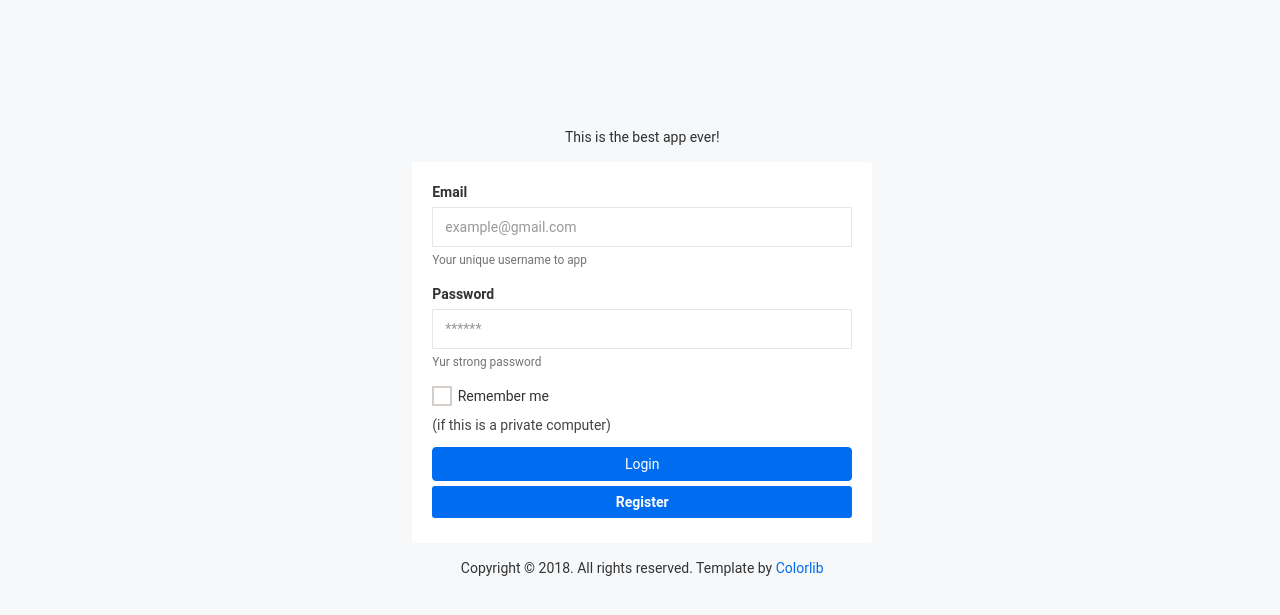
Repository: walterjnr1/crowdfunding-system
Page: http://localhost/Admin/login.php
An editor plug-in stored every save of this project. The page is shown before and after the next save, followed by the edit.
The browser window is 1280 px wide. The pictures show the whole page.
Some web fonts or font styles are not loaded; a fallback is used. The page is run by PHP 8.4 with error messages shown; the project is at /var/www/html/. Other server files are loaded and not shown.

Above is the page before, as saved 2025-02-20 12:02:46.

### Admin/login.php
<!doctype html>
<html class="no-js" lang="en">

<head>
    <meta charset="utf-8">
    <meta http-equiv="x-ua-compatible" content="ie=edge">
    <title>Login</title>
    <meta name="description" content="">
    <meta name="viewport" content="width=device-width, initial-scale=1">
    <!-- favicon
		============================================ -->
    <link rel="icon" type="image/png" sizes="16x16" href="../uploadImage/Logo/logo.png">
    <!-- Google Fonts
		============================================ -->
    <link href="https://fonts.googleapis.com/css?family=Play:400,700" rel="stylesheet">
    <!-- Bootstrap CSS
		============================================ -->
    <link rel="stylesheet" href="css/bootstrap.min.css">
    <!-- Bootstrap CSS
		============================================ -->
    <link rel="stylesheet" href="css/font-awesome.min.css">
    <!-- owl.carousel CSS
		============================================ -->
    <link rel="stylesheet" href="css/owl.carousel.css">
    <link rel="stylesheet" href="css/owl.theme.css">
    <link rel="stylesheet" href="css/owl.transitions.css">
    <!-- animate CSS
		============================================ -->
    <link rel="stylesheet" href="css/animate.css">
    <!-- normalize CSS
		============================================ -->
    <link rel="stylesheet" href="css/normalize.css">
    <!-- main CSS
		============================================ -->
    <link rel="stylesheet" href="css/main.css">
    <!-- morrisjs CSS
		============================================ -->
    <link rel="stylesheet" href="css/morrisjs/morris.css">
    <!-- mCustomScrollbar CSS
		============================================ -->
    <link rel="stylesheet" href="css/scrollbar/jquery.mCustomScrollbar.min.css">
    <!-- metisMenu CSS
		============================================ -->
    <link rel="stylesheet" href="css/metisMenu/metisMenu.min.css">
    <link rel="stylesheet" href="css/metisMenu/metisMenu-vertical.css">
    <!-- calendar CSS
		============================================ -->
    <link rel="stylesheet" href="css/calendar/fullcalendar.min.css">
    <link rel="stylesheet" href="css/calendar/fullcalendar.print.min.css">
    <!-- forms CSS
		============================================ -->
    <link rel="stylesheet" href="css/form/all-type-forms.css">
    <!-- style CSS
		============================================ -->
    <link rel="stylesheet" href="style.css">
    <!-- responsive CSS
		============================================ -->
    <link rel="stylesheet" href="css/responsive.css">
    <!-- modernizr JS
		============================================ -->
    <script src="js/vendor/modernizr-2.8.3.min.js"></script>
</head>

<body>
    <!--[if lt IE 8]>
		<p class="browserupgrade">You are using an <strong>outdated</strong> browser. Please <a href="http://browsehappy.com/">upgrade your browser</a> to improve your experience.</p>
	<![endif]-->
	<div class="error-pagewrap">
		<div class="error-page-int">
			<div class="text-center m-b-md custom-login">
				<p>This is the best app ever!</p>
			</div>
			<div class="content-error">
				<div class="hpanel">
                    <div class="panel-body">
                        <form action="#" id="loginForm">
                            <div class="form-group">
                                <label class="control-label" for="username">Email</label>
                                <input type="text" placeholder="example@gmail.com" title="Please enter you username" required="" value="" name="username" id="username" class="form-control">
                                <span class="help-block small">Your unique username to app</span>
                            </div>
                            <div class="form-group">
                                <label class="control-label" for="password">Password</label>
                                <input type="password" title="Please enter your password" placeholder="******" required="" value="" name="password" id="password" class="form-control">
                                <span class="help-block small">Yur strong password</span>
                            </div>
                            <div class="checkbox login-checkbox">
                                <label>
										<input type="checkbox" class="i-checks"> Remember me </label>
                                <p class="help-block small">(if this is a private computer)</p>
                            </div>
                            <button class="btn btn-success btn-block loginbtn">Login</button>
                            <a class="btn btn-default btn-block" href="#">Register</a>
                        </form>
                    </div>
                </div>
			</div>
			<div class="text-center login-footer">
				<p>Copyright © 2018. All rights reserved. Template by <a href="https://colorlib.com/wp/templates/">Colorlib</a></p>
			</div>
		</div>
    </div>
    <!-- jquery
		============================================ -->
    <script src="js/vendor/jquery-1.12.4.min.js"></script>
    <!-- bootstrap JS
		============================================ -->
    <script src="js/bootstrap.min.js"></script>
    <!-- wow JS
		============================================ -->
    <script src="js/wow.min.js"></script>
    <!-- price-slider JS
		============================================ -->
    <script src="js/jquery-price-slider.js"></script>
    <!-- meanmenu JS
		============================================ -->
    <script src="js/jquery.meanmenu.js"></script>
    <!-- owl.carousel JS
		============================================ -->
    <script src="js/owl.carousel.min.js"></script>
    <!-- sticky JS
		============================================ -->
    <script src="js/jquery.sticky.js"></script>
    <!-- scrollUp JS
		============================================ -->
    <script src="js/jquery.scrollUp.min.js"></script>
    <!-- mCustomScrollbar JS
		============================================ -->
    <script src="js/scrollbar/jquery.mCustomScrollbar.concat.min.js"></script>
    <script src="js/scrollbar/mCustomScrollbar-active.js"></script>
    <!-- metisMenu JS
		============================================ -->
    <script src="js/metisMenu/metisMenu.min.js"></script>
    <script src="js/metisMenu/metisMenu-active.js"></script>
    <!-- tab JS
		============================================ -->
    <script src="js/tab.js"></script>
    <!-- icheck JS
		============================================ -->
    <script src="js/icheck/icheck.min.js"></script>
    <script src="js/icheck/icheck-active.js"></script>
    <!-- plugins JS
		============================================ -->
    <script src="js/plugins.js"></script>
    <!-- main JS
		============================================ -->
    <script src="js/main.js"></script>
    <!-- tawk chat JS
		============================================ -->
    <script src="js/tawk-chat.js"></script>
</body>

</html>

### Admin/css/main.css
/*! HTML5 Boilerplate v5.2.0 | MIT License | https://html5boilerplate.com/ */

/*
 * What follows is the result of much research on cross-browser styling.
 * Credit left inline and big thanks to Nicolas Gallagher, Jonathan Neal,
 * Kroc Camen, and the H5BP dev community and team.
 */

/* ==========================================================================
   Base styles: opinionated defaults
   ========================================================================== */

html {
    color: #222;
    font-size: 1em;
    line-height: 1.4;
}

/*
 * Remove text-shadow in selection highlight:
 * https://twitter.com/miketaylr/status/12228805301
 *
 * These selection rule sets have to be separate.
 * Customize the background color to match your design.
 */

::-moz-selection {
    background: #b3d4fc;
    text-shadow: none;
}

::selection {
    background: #b3d4fc;
    text-shadow: none;
}

/*
 * A better looking default horizontal rule
 */

hr {
    display: block;
    height: 1px;
    border: 0;
    border-top: 1px solid #ccc;
    margin: 1em 0;
    padding: 0;
}

/*
 * Remove the gap between audio, canvas, iframes,
 * images, videos and the bottom of their containers:
 * https://github.com/h5bp/html5-boilerplate/issues/440
 */

audio,
canvas,
iframe,
img,
svg,
video {
    vertical-align: middle;
}

/*
 * Remove default fieldset styles.
 */

fieldset {
    border: 0;
    margin: 0;
    padding: 0;
}

/*
 * Allow only vertical resizing of textareas.
 */

textarea {
    resize: vertical;
}

/* ==========================================================================
   Browser Upgrade Prompt
   ========================================================================== */

.browserupgrade {
    margin: 0.2em 0;
    background: #ccc;
    color: #000;
    padding: 0.2em 0;
}

/* ==========================================================================
   Author's custom styles
   ========================================================================== */

















/* ==========================================================================
   Helper classes
   ========================================================================== */

/*
 * Hide visually and from screen readers:
 */

.hidden {
    display: none !important;
}

/*
 * Hide only visually, but have it available for screen readers:
 * http://snook.ca/archives/html_and_css/hiding-content-for-accessibility
 */

.visuallyhidden {
    border: 0;
    clip: rect(0 0 0 0);
    height: 1px;
    margin: -1px;
    overflow: hidden;
    padding: 0;
    position: absolute;
    width: 1px;
}

/*
 * Extends the .visuallyhidden class to allow the element
 * to be focusable when navigated to via the keyboard:
 * https://www.drupal.org/node/897638
 */

.visuallyhidden.focusable:active,
.visuallyhidden.focusable:focus {
    clip: auto;
    height: auto;
    margin: 0;
    overflow: visible;
    position: static;
    width: auto;
}

/*
 * Hide visually and from screen readers, but maintain layout
 */

.invisible {
    visibility: hidden;
}

/*
 * Clearfix: contain floats
 *
 * For modern browsers
 * 1. The space content is one way to avoid an Opera bug when the
 *    `contenteditable` attribute is included anywhere else in the document.
 *    Otherwise it causes space to appear at the top and bottom of elements
 *    that receive the `clearfix` class.
 * 2. The use of `table` rather than `block` is only necessary if using
 *    `:before` to contain the top-margins of child elements.
 */

.clearfix:before,
.clearfix:after {
    content: " "; /* 1 */
    display: table; /* 2 */
}

.clearfix:after {
    clear: both;
}

/* ==========================================================================
   EXAMPLE Media Queries for Responsive Design.
   These examples override the primary ('mobile first') styles.
   Modify as content requires.
   ========================================================================== */

@media only screen and (min-width: 35em) {
    /* Style adjustments for viewports that meet the condition */
}

@media print,
       (-webkit-min-device-pixel-ratio: 1.25),
       (min-resolution: 1.25dppx),
       (min-resolution: 120dpi) {
    /* Style adjustments for high resolution devices */
}

/* ==========================================================================
   Print styles.
   Inlined to avoid the additional HTTP request:
   http://www.phpied.com/delay-loading-your-print-css/
   ========================================================================== */

@media print {
    *,
    *:before,
    *:after {
        background: transparent !important;
        color: #000 !important; /* Black prints faster:
                                   http://www.sanbeiji.com/archives/953 */
        box-shadow: none !important;
        text-shadow: none !important;
    }

    a,
    a:visited {
        text-decoration: underline;
    }

    a[href]:after {
        content: " (" attr(href) ")";
    }

    abbr[title]:after {
        content: " (" attr(title) ")";
    }

    /*
     * Don't show links that are fragment identifiers,
     * or use the `javascript:` pseudo protocol
     */

    a[href^="#"]:after,
    a[href^="javascript:"]:after {
        content: "";
    }

    pre,
    blockquote {
        border: 1px solid #999;
        page-break-inside: avoid;
    }

    /*
     * Printing Tables:
     * http://css-discuss.incutio.com/wiki/Printing_Tables
     */

    thead {
        display: table-header-group;
    }

    tr,
    img {
        page-break-inside: avoid;
    }

    img {
        max-width: 100% !important;
    }

    p,
    h2,
    h3 {
        orphans: 3;
        widows: 3;
    }

    h2,
    h3 {
        page-break-after: avoid;
    }
}

### Admin/css/metisMenu/metisMenu-vertical.css
.sidebar-nav {
    background: #fff;
}
.sidebar-nav ul {
    padding: 0;
    margin: 0;
    list-style: none;
    background: #f5f5f5;
}
.sidebar-nav .metismenu {
    background: #fff;
    display: -webkit-box;
    display: -ms-flexbox;
    display: flex;
    -webkit-box-orient: vertical;
    -webkit-box-direction: normal;
    -ms-flex-direction: column;
    flex-direction: column;
}
.sidebar-nav .metismenu li + li {
  margin-top: 5px;
}
.sidebar-nav .metismenu li:last-child {
  margin-bottom: 5px;
}
.sidebar-nav .metismenu > li {
/*    -webkit-box-flex: 1;
    -ms-flex: 1 1 0%;
    flex: 1 1 0%;*/
    display: -webkit-box;
    display: -ms-flexbox;
    display: flex;
    -webkit-box-orient: vertical;
    -webkit-box-direction: normal;
    -ms-flex-direction: column;
    flex-direction: column;
    position: relative;
}
.sidebar-nav .metismenu a {
    position: relative;
    display: block;
    padding: 13px 15px;
    color: #444;
    outline-width: 0;
    transition: all .3s ease-out;
	font-size:16px;
	font-weight:400;
}

.sidebar-nav .metismenu ul a {
    padding: 10px 15px 10px 40px;
}

.sidebar-nav .metismenu ul ul a {
    padding: 10px 15px 10px 45px;
}
.sidebar-nav .metismenu a:hover,
.sidebar-nav .metismenu a:focus,
.sidebar-nav .metismenu a:active {
    color: #555;
    text-decoration: none;
    background: #e12503;
}
.sidebar-nav .metismenu li .icon-wrap{
	margin-right:5px;
	font-size:20px;
	color:#303030;
}
.sidebar-nav .metismenu li .sub-icon-mg{
	margin-right:5px;
	font-size:16px;
}
#sidebar.active .metismenu li .mini-click-non{
	display:none;
}
#sidebar.active .metismenu li .has-arrow:after{
	display:none;
}
#sidebar.active .metismenu li .submenu-angle li a {
    padding: 10px 20px 10px 20px;
}

Loaded but not shown: Admin/css/bootstrap.min.css (library); Admin/css/font-awesome.min.css (library); Admin/css/owl.carousel.css (common file); Admin/css/owl.theme.css (common file); Admin/css/owl.transitions.css (library); Admin/css/animate.css (library); Admin/css/normalize.css (library); Admin/css/morrisjs/morris.css (common file); Admin/css/scrollbar/jquery.mCustomScrollbar.min.css (library); Admin/css/metisMenu/metisMenu.min.css (common file); Admin/css/calendar/fullcalendar.min.css (library); Admin/css/calendar/fullcalendar.print.min.css (common file); Admin/css/form/all-type-forms.css (library); Admin/js/bootstrap.min.js (library); Admin/js/wow.min.js (library); Admin/js/jquery-price-slider.js (library); Admin/js/jquery.meanmenu.js (library); Admin/js/owl.carousel.min.js (library); Admin/js/jquery.sticky.js (library); Admin/js/jquery.scrollUp.min.js (common file); Admin/js/scrollbar/jquery.mCustomScrollbar.concat.min.js (library); Admin/js/metisMenu/metisMenu.min.js (library); Admin/js/metisMenu/metisMenu-active.js (common file); Admin/js/icheck/icheck.min.js (library); Admin/js/icheck/icheck-active.js (common file); Admin/js/tawk-chat.js (common file); Admin/js/tab.js (155 lines, source omitted); Admin/js/main.js (100 lines, source omitted); Admin/js/scrollbar/mCustomScrollbar-active.js (58 lines, source omitted); Admin/js/plugins.js (24 lines, source omitted); Admin/style.css (4721 lines, source omitted); Admin/css/responsive.css (755 lines, source omitted)

After the next save:
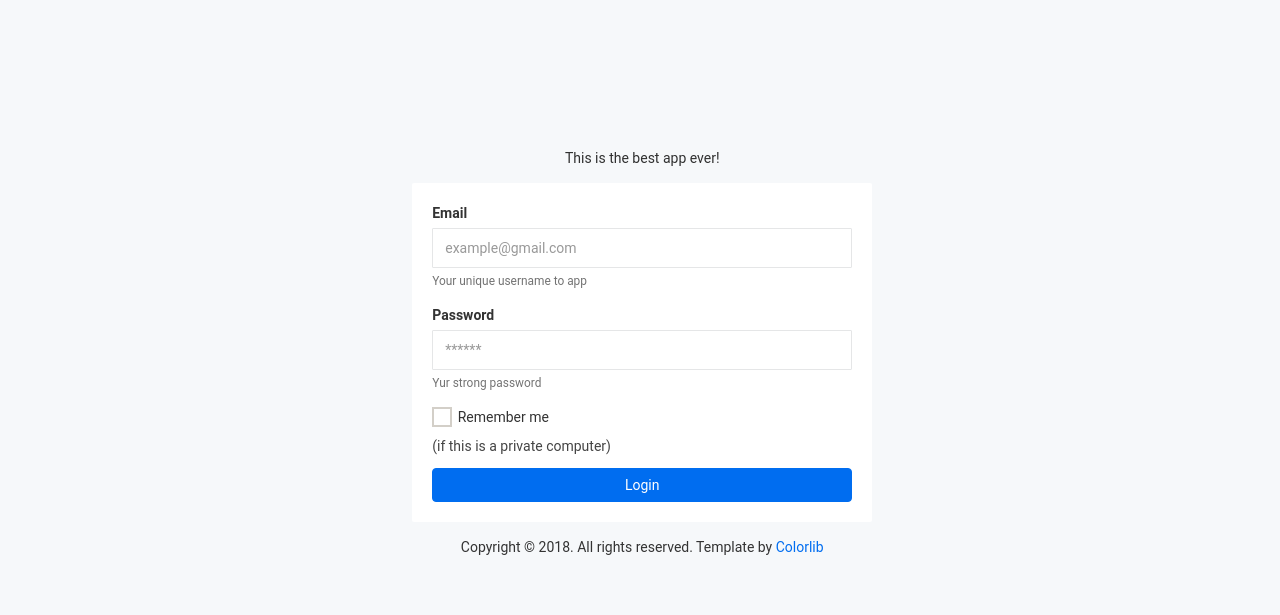
Saved 31 s later.
--- a/Admin/login.php
+++ b/Admin/login.php
@@ -90,7 +90,6 @@
                                 <p class="help-block small">(if this is a private computer)</p>
                             </div>
                             <button class="btn btn-success btn-block loginbtn">Login</button>
-                            <a class="btn btn-default btn-block" href="#">Register</a>
                         </form>
                     </div>
                 </div>
